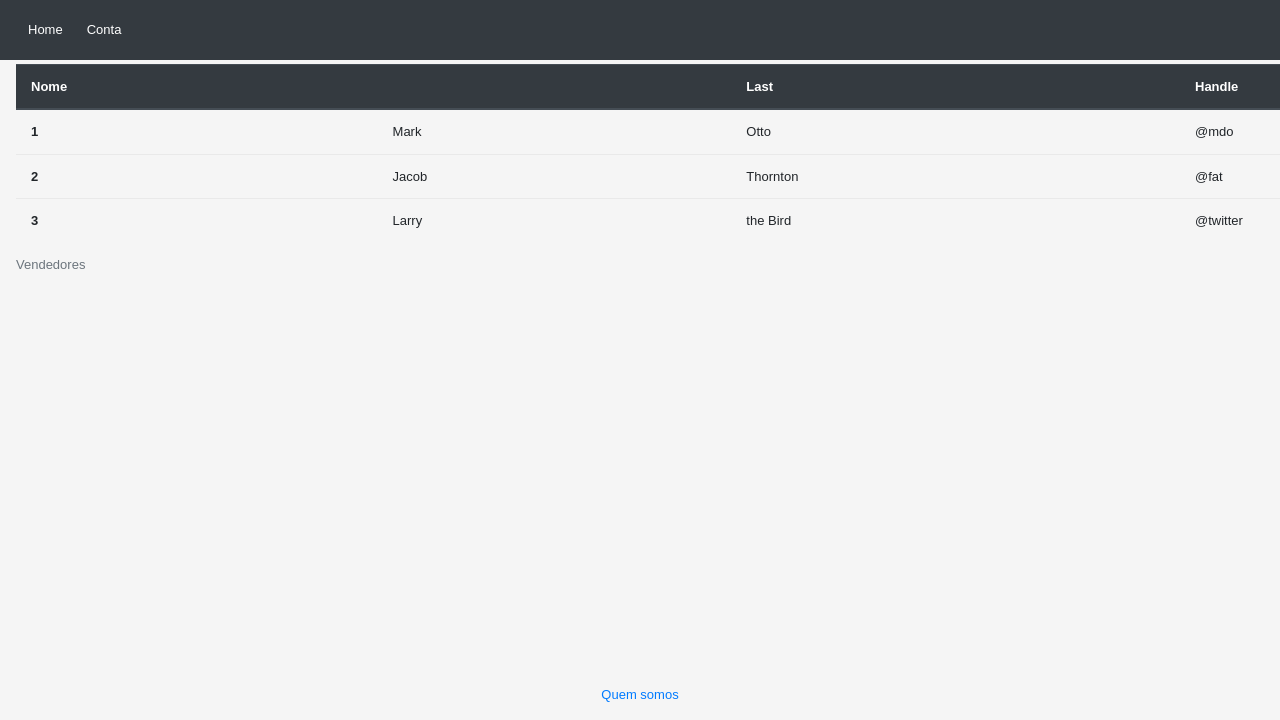
Repository: LAsant0s/Ldxps
Page: http://localhost/home
An editor plug-in stored every save of this project. The page is shown before and after the next save, followed by the edit.
The browser window is 1280 px wide. The pictures show the whole page.
Some web fonts or font styles are not loaded; a fallback is used. The page is this project's Thymeleaf template; nobody is signed in. The template is opened directly, without the code that normally fills it, so the values that code supplies are empty.

Above is the page before, as saved 2020-11-14 21:08:52.
Console error (its wording comes from the project's code and is left out).

After the next save:
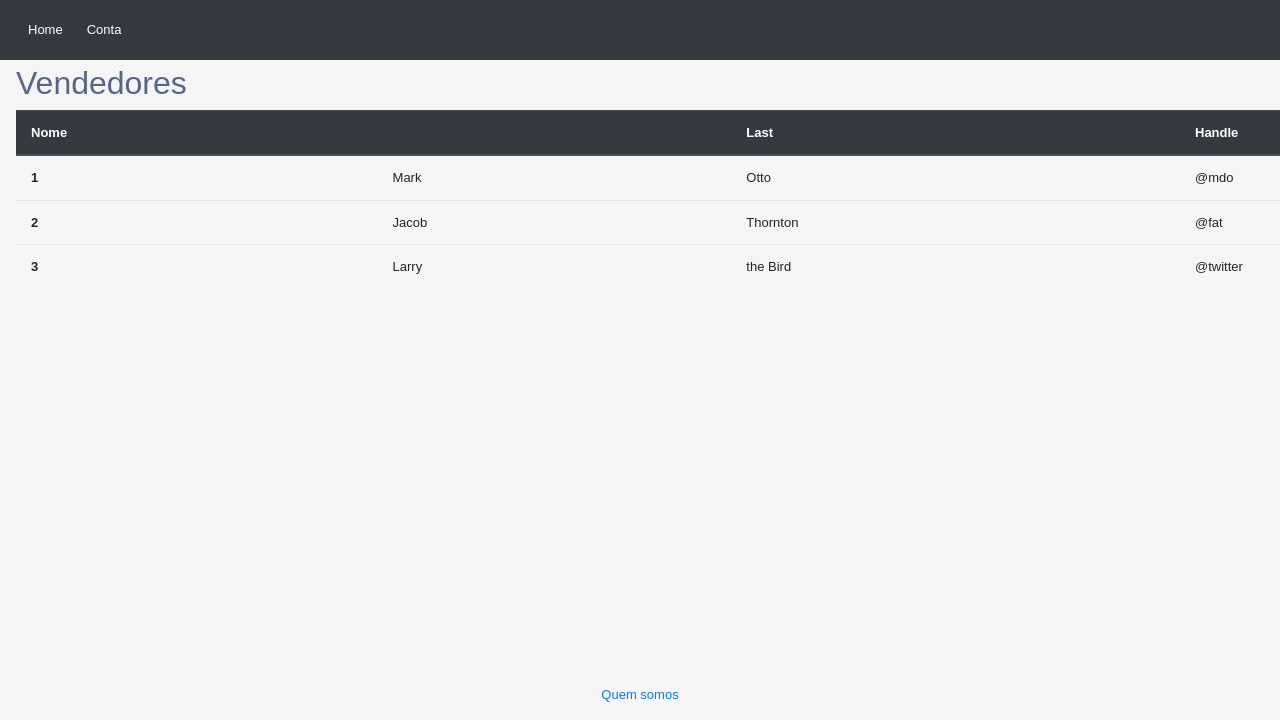
Saved 36 s later.
--- a/ldxps/src/main/resources/templates/home.html
+++ b/ldxps/src/main/resources/templates/home.html
@@ -1,8 +1,9 @@
 <!DOCTYPE html>
 <html xmlns:th="http://www.thymeleaf.org" th:include="fragments/layout :: layout">
 	<div th:fragment="conteudo">
+
+		<h2>Vendedores</h2>
 		<table class="table">
-		  <caption>Vendedores</caption>
 		  <thead class="thead-dark">
 		    <tr>
 		      <th scope="col">Nome</th>
